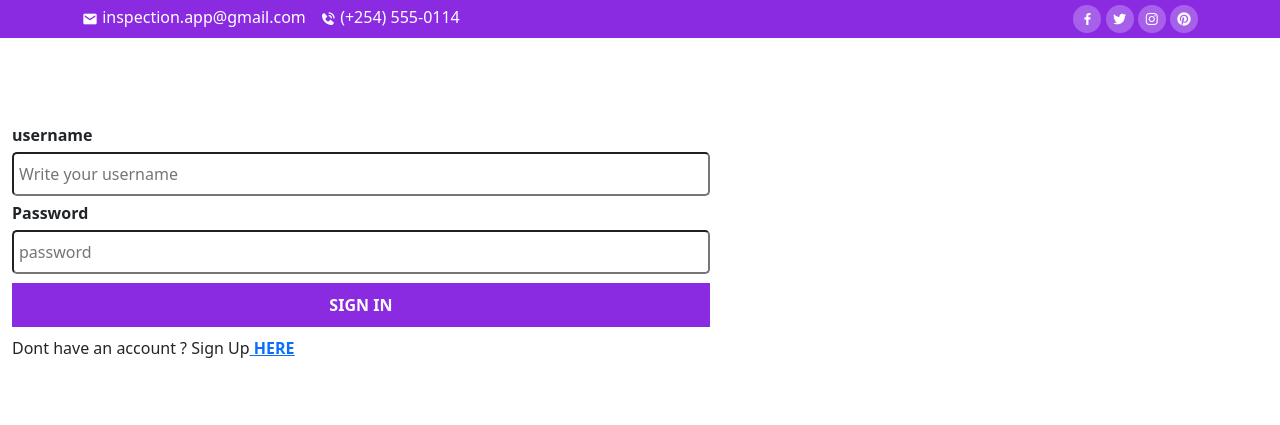
Repository: NDISHAW/Inspectionapp-rails
Page: public/signIn.html
These files come from the project's save history. The page is drawn as it stood at one moment and after the next save; the edit follows.
The browser window is 1280 px wide. The pictures show the whole page.

Above is the page before, as saved 2022-10-09 04:35:45.

After the next save:
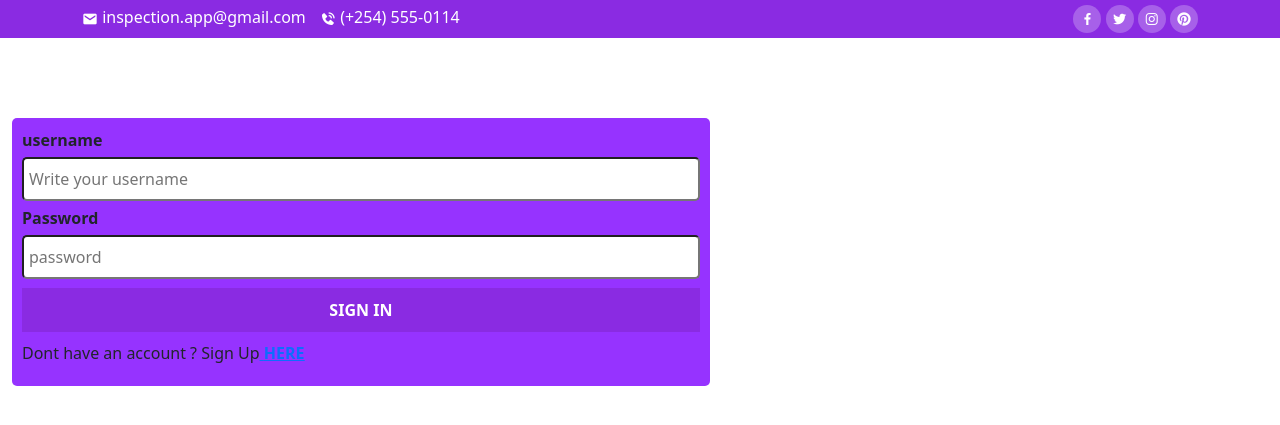
Saved 23 s later.
--- a/public/signIn.html
+++ b/public/signIn.html
@@ -35,7 +35,7 @@
     <section id="about">
       <div class="container-fluid">
         <div class="col-lg-10 justify-content-center">
-          <div class="col-lg-8">
+          <div class="col-lg-8 form">
             <!-- Email  -->
             <div class="email">
               <label for="username">username</label>

After the save that followed:
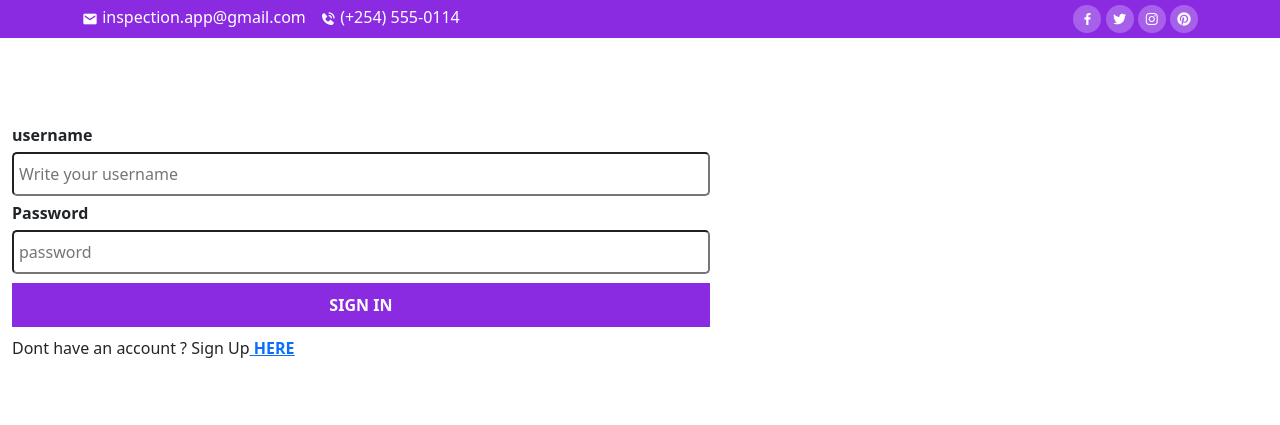
Saved 88 s later.
--- a/public/signIn.html
+++ b/public/signIn.html
@@ -35,7 +35,7 @@
     <section id="about">
       <div class="container-fluid">
         <div class="col-lg-10 justify-content-center">
-          <div class="col-lg-8 form">
+          <div class="col-lg-8 signin">
             <!-- Email  -->
             <div class="email">
               <label for="username">username</label>
